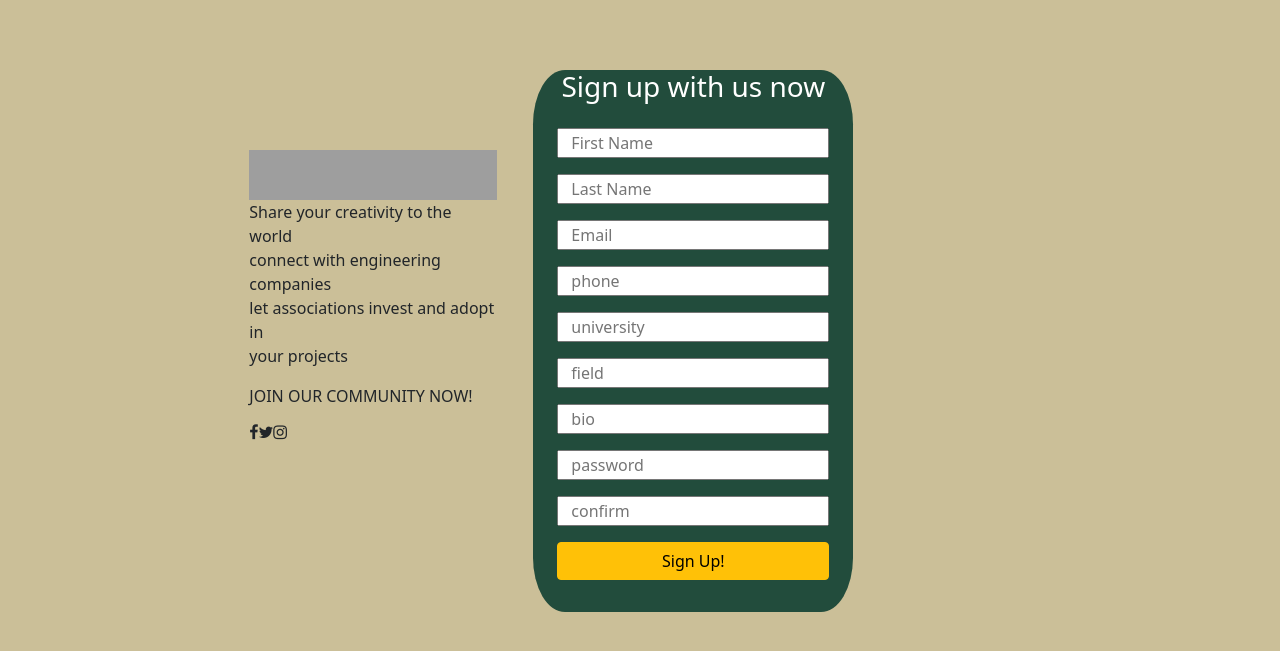
Repository: ahmadjamal-1997/Project-Taqadam
Page: http://localhost/Taqadam/WEB-INF/registrationstudent.jsp
An editor plug-in stored every save of this project. The page is shown before and after the next save, followed by the edit.
The browser window is 1280 px wide. The pictures show the whole page.
Pictures or frames that could not be fetched are drawn as grey boxes. The page is served by Tomcat 9. Nobody is signed in. Other server files are loaded and not shown. The template is opened directly, without the code that normally fills it, so the values that code supplies are empty.

Above is the page before, as saved 2022-03-31 08:53:07.

### Taqadam-new/Taqadam-java/Taqadam-new/Taqadam/src/main/webapp/WEB-INF/registrationstudent.jsp
<%@ page language="java" contentType="text/html; charset=UTF-8"
    pageEncoding="UTF-8"%>
<%@ taglib prefix="c" uri="http://java.sun.com/jsp/jstl/core" %>
<%@ taglib prefix="form" uri="http://www.springframework.org/tags/form" %>
<%@ page isErrorPage="true" %>
<!DOCTYPE html PUBLIC "-//W3C//DTD HTML 4.01 Transitional//EN" "http://www.w3.org/TR/html4/loose.dtd">
<html>
<head>
<meta http-equiv="Content-Type" content="text/html; charset=UTF-8">
<title>Registration Page</title>
<link href="https://cdn.jsdelivr.net/npm/bootstrap@5.1.3/dist/css/bootstrap.min.css" rel="stylesheet" integrity="sha384-1BmE4kWBq78iYhFldvKuhfTAU6auU8tT94WrHftjDbrCEXSU1oBoqyl2QvZ6jIW3" crossorigin="anonymous">
<link rel="stylesheet" href="https://cdnjs.cloudflare.com/ajax/libs/font-awesome/4.7.0/css/font-awesome.min.css">
<style>
        img{
            max-height: 50px;
        }
        .form{
            border-radius: 10%;
             display: flex;
             flex-direction: column;

             align-items: center;
             background-color: #224c3c;
        }
        .par{
        display:flex;
        justify-content:space-between;
        }
    </style>
</head>
<body>
   <body style="background-color: #cbbf98;">
    <div class="container-fluid" >
        <div class="row" style="height: 70px;">
        </div>
        <div class="row">
            <div class="col-2"></div>
            <div class="col-3">
            <div class="container">
            <div class="row" style="height:80px;">
            </div>
            	<div class="row">
                <img src="/photo/taqdam-01.png" alt="logo">
                </div>
                <p class="par">Share your creativity to the world<br>connect with engineering companies<br>
                let associations invest and adopt in<br>your projects</p>
                <p class="par">JOIN OUR COMMUNITY NOW!</p>
                <p><i class="fa fa-facebook-f"></i><i class="fa fa-twitter"></i><i class="fa fa-instagram"></i></p>
            </div>
            </div>
            <div class="col-3 form">
                    <h3 style="color: white;">Sign up with us now</h3>

                <div class="container">
                <form:form method="POST" action="/registration/student" modelAttribute="user">
                    <p><form:errors path="user.*"/></p>

                    <div class="row mb-3">

                            <form:input placeholder="First Name" path="firstName"/>

                    </div>
                    <div class="row mb-3">

                            <form:input placeholder="Last Name" path="lastName"/>

                    </div>
                    <div class="row mb-3">

                            <form:input placeholder="Email" path="email"/>

                    </div>
                    <div class="row mb-3">

                            <form:input placeholder="phone" path="phone"/>

                    </div>
                    <div class="row mb-3">

                       <form:input placeholder="university" path="university"/>

                    </div>
                    <div class="row mb-3">

                        <form:input placeholder="field" path="field"/>

                    </div>
                    <div class="row mb-3">

                         <form:input placeholder="bio" path="bio"/>

                    </div>
                    <div class="row mb-3">

                         <form:input placeholder="password" path="password"/>

                    </div>
                    <div class="row mb-3">

                         <form:input placeholder="confirm" path="confirm"/>

                    </div>
                    <div class="row mb-3">
                    <input type="submit" class="btn btn-warning mb-3" value="Sign Up!"/>
                    </div>
                    </div>
                </form:form>
            </div>
        </div>
    </div>
</body>
</html>

After the next save:
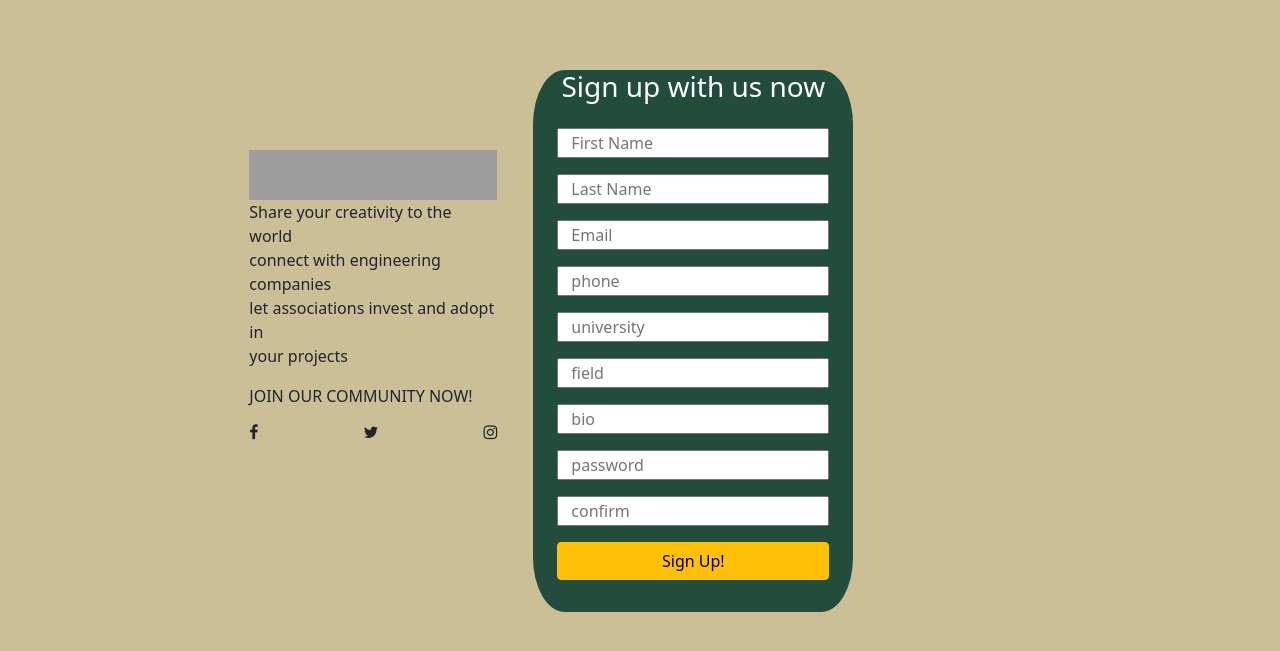
Saved 39 s later.
--- a/Taqadam-new/Taqadam-java/Taqadam-new/Taqadam/src/main/webapp/WEB-INF/registrationstudent.jsp
+++ b/Taqadam-new/Taqadam-java/Taqadam-new/Taqadam/src/main/webapp/WEB-INF/registrationstudent.jsp
@@ -45,7 +45,7 @@
                 <p class="par">Share your creativity to the world<br>connect with engineering companies<br>
                 let associations invest and adopt in<br>your projects</p>
                 <p class="par">JOIN OUR COMMUNITY NOW!</p>
-                <p><i class="fa fa-facebook-f"></i><i class="fa fa-twitter"></i><i class="fa fa-instagram"></i></p>
+                <p class="par"><i class="fa fa-facebook-f"></i><i class="fa fa-twitter"></i><i class="fa fa-instagram"></i></p>
             </div>
             </div>
             <div class="col-3 form">
